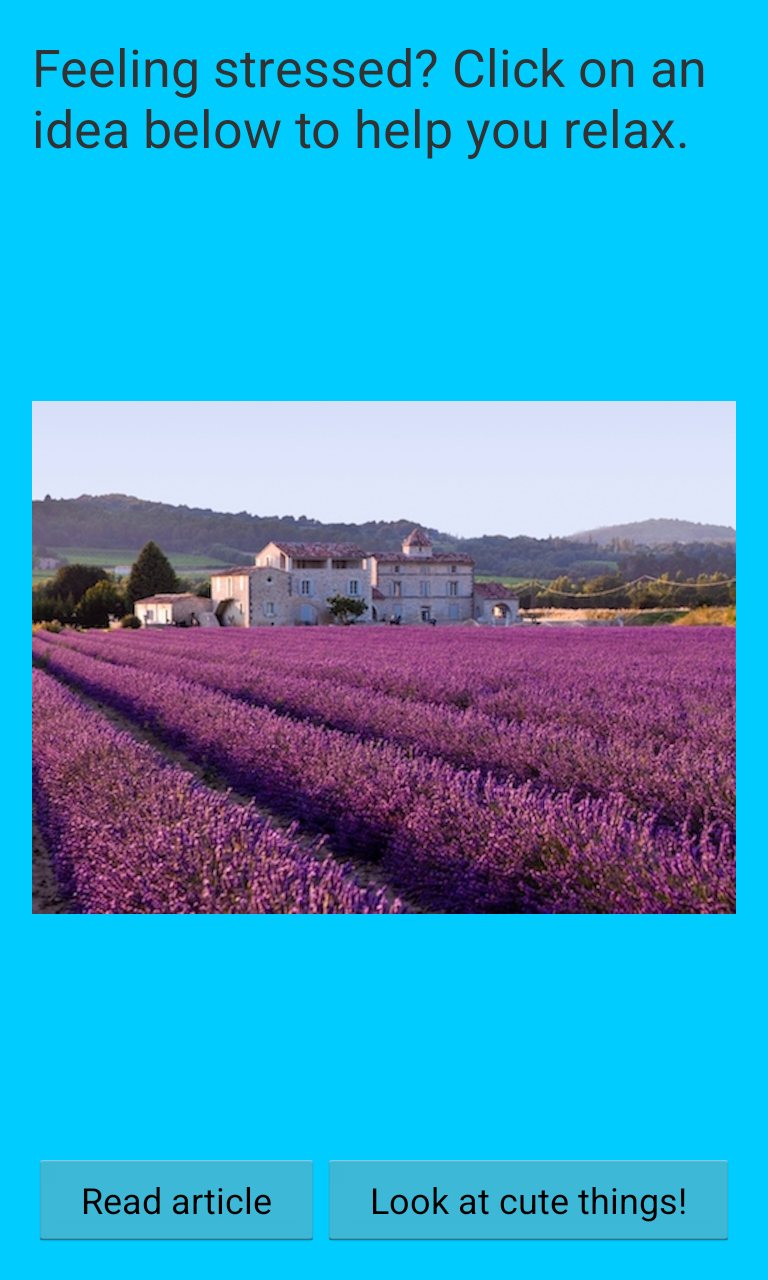
Repository: LSummers33/Apps101
Layout: Self-Care/res/layout/activity_main.xml
An editor plug-in stored every save of this project. The layout is shown before and after the next save, followed by the edit.
It is drawn on a 768 x 1280 px phone screen (xhdpi) without system bars, with theme AppTheme; the app's code is not run.

Above is the layout before, as saved 2014-01-26 21:43:24.

After the next save:
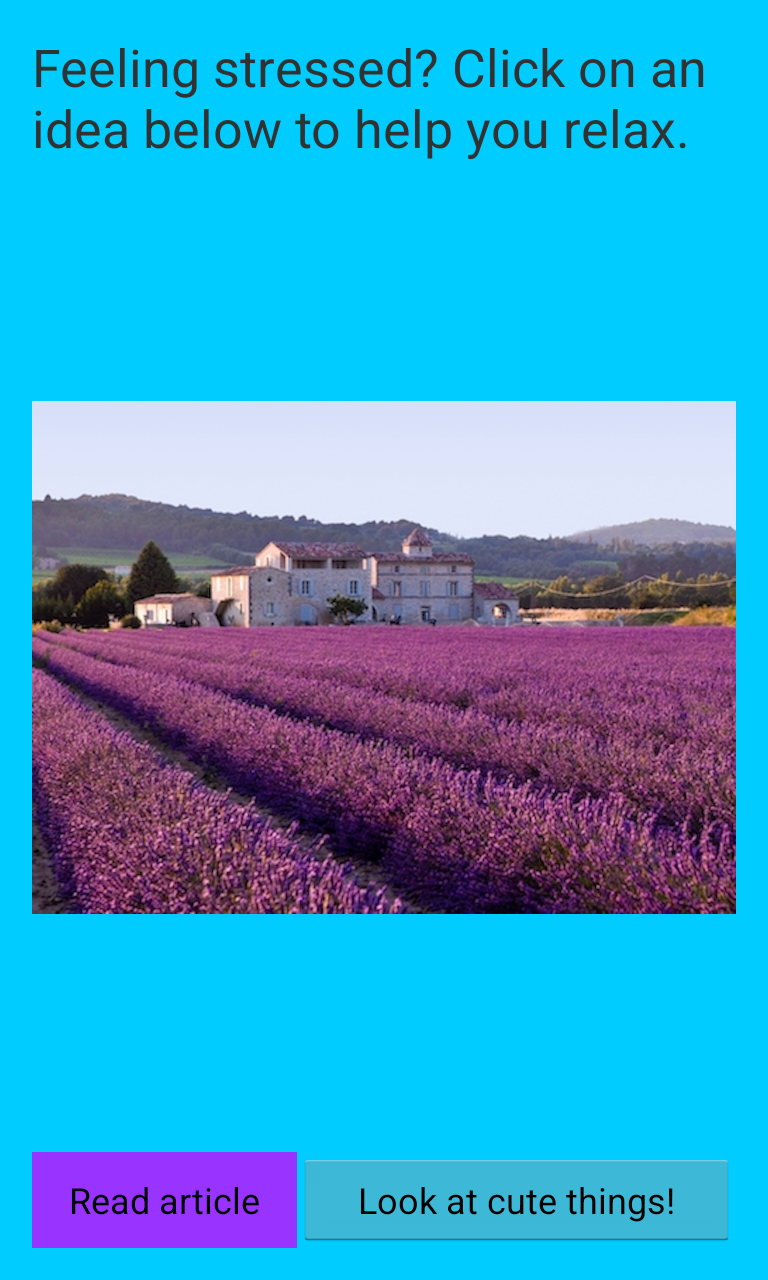
Saved 68 s later.
--- a/Self-Care/res/layout/activity_main.xml
+++ b/Self-Care/res/layout/activity_main.xml
@@ -37,6 +37,7 @@
         android:layout_width="wrap_content"
         android:layout_height="wrap_content"
         android:layout_weight="1"
+        android:background="#9933FF"
         android:onClick="read_article"
         android:text="@string/button1" />
 
